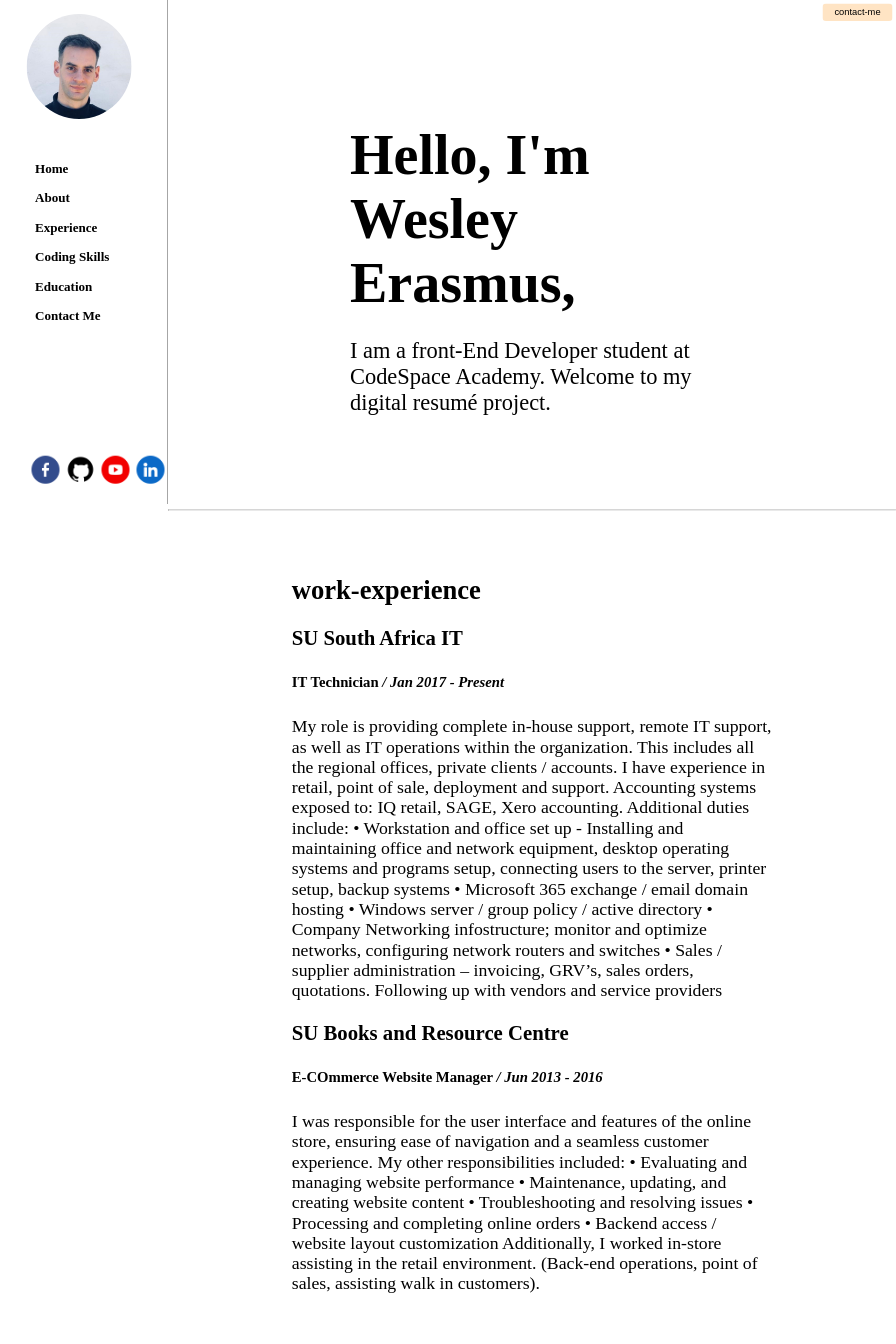
Repository: WesleyErasmus/MyDigitalResume-5
Page: index.html
These files come from the project's save history. The page is drawn as it stood at one moment and after the next save; the edit follows.
The browser window is 1280 px wide. The pictures show the part of the page from y = 0 to 1920 px (the page is 2720 px tall), at 70% of full size.

Above is the page before, as saved 2022-02-25 21:40:42.

### index.html
<!DOCTYPE html>
<html lang="en">

<head>
    <meta charset="UTF-8">
    <meta http-equiv="X-UA-Compatible" content="IE=edge">
    <meta name="viewport" content="width=device-width, initial-scale=1.0">
    <title>Wesley Erasmus Digital Resume 5</title>
    <link rel="stylesheet" href="stylesheet.css">
</head>

<body>
    <!-- look into using use hr tag -->
    <header>
        <span>
            <button id="contact-me-btn">contact-me</button>
        </span>
    </header>
    <nav>
        <div class="header-nav" >
        <img id="headshot" src="images/headshot.jpeg" alt="headshot">
        <!-- <h1 id="full-name">Wesley Erasmus</h1> -->
        <ul class="nav-btns">
            <li><a href=""><strong>Home</strong></a></li>
            <li><a href=""><strong>About</strong></a></li>
            <li><a href=""><strong>Experience</strong></a></li>
            <li><a href=""><strong>Coding Skills</strong></a></li>
            <li><a href=""><strong>Education</strong></a></li>
            <li><a href=""><strong>Contact Me</strong></a></li>
        </ul>
        <!-- <div>move social media links down</div> -->
        <ul class="social-media-links">
            <li><a href="https://www.facebook.com/codespaceza" target="_blank"><img src="/icons/facebook.png"
                        alt="Facebook" width="40px" height="40px"></a></li>
            <li><a href="https://www.instagram.com/codespaceza/" target="_blank"><img src="icons/github (1).png"
                        alt="Instagram" width="40px" height="40px"></a></li>
            <li><a href="https://www.youtube.com/channel/UCfmXJliguiwBv2QlRzWdrxA" target="_blank"><img
                        src="icons/youtube.png" alt="YouTube" width="40px" height="40px"></a></li>
            <li><a href="https://www.linkedin.com/school/codespaceza/" target="_blank"><img src="icons/linkedin.png"
                        alt="LinkedIn" width="40px" height="40px"></a></li>
        </ul>
    </div>
    </nav>
    <main>
        <article class="about-me">
            <h1 id="hello">Hello, I'm Wesley Erasmus,</h1>
                    <p>I am a front-End Developer student at CodeSpace Academy. Welcome to my digital resumé project.</p>
        </article>
        <hr>
        <article class="job-experience">
            <h1>work-experience</h1>
            <h3>SU South Africa IT</h3>
            <h5>IT Technician <em>/ Jan 2017 - Present</em></h5>
            <p>My role is providing complete in-house support, remote IT support, as well as IT operations within the
                organization. This includes all the regional offices, private clients / accounts. I have experience in
                retail, point of sale, deployment and support. Accounting systems exposed to: IQ retail, SAGE, Xero
                accounting. Additional duties include:
                • Workstation and office set up - Installing and maintaining office and network equipment, desktop
                operating systems and programs setup, connecting users to the server, printer setup, backup systems
                • Microsoft 365 exchange / email domain hosting
                • Windows server / group policy / active directory
                • Company Networking infostructure; monitor and optimize networks, configuring network routers and
                switches
                • Sales / supplier administration – invoicing, GRV’s, sales orders, quotations. Following up with
                vendors and service providers</p>
            <h3>SU Books and Resource Centre</h3>
            <h5>E-COmmerce Website Manager <em>/ Jun 2013 - 2016</em></h5>
            <p>I was responsible for the user interface and features of the online store, ensuring ease of navigation and a seamless customer experience. My other responsibilities included:
                • Evaluating and managing website performance
                • Maintenance, updating, and creating website content
                • Troubleshooting and resolving issues
                • Processing and completing online orders
                • Backend access / website layout customization
                Additionally, I worked in-store assisting in the retail environment. (Back-end operations, point of sales, assisting walk in customers).</p>
        </article>
        <article class="coding-and-design-skills">
            <h1>my-coding-and-design-skills</h1>
            <ul>
                <li>HTML</li>
                <li>CSS</li>
                <li>Bootstrap</li>
                <li>Typography</li>
                <li>GitHub / Git / Version Control</li>
                <li>Wireframing</li>
                <li>UX design & UI design</li>
                <li>Figma / Adobe XD</li>
            </ul>
        </article>
        <hr>
        <article class="education">
            <h1>education</h1>
            <ul>
                <li><h3>CodeSpace Academy</h3><p>web-design</p></li>
                <li><h3>UNISA</h3><p>marketing-management</p></li>
            </ul>
        </article>
        <article>
            about me - use linkedin profile
        </article>
    </main>
    <footer>
        <h3>my-contact-details</h3>
        <div class="footer-contact-details">email</div>
        <div class="footer-contact-details">whatsApp</div>
        <div class="footer-contact-details">linkedIn</div>

    </footer>

</body>

</html>

### stylesheet.css
* {
  box-sizing: border-box;
  list-style-type: none;
}
body {
  margin: 0 0 0 240px;
  padding: 0;
}
header {
  text-align: center;
}
#headshot {
  width: 150px;
  border-radius: 50%;
  display: block;
  margin: 0 auto;
  margin-top: 20px;
  margin-bottom: 50px;
  padding: 0;
  margin-left: 38px;
}
button#contact-me-btn {
  position: fixed;
  float: right;
  right: 0;
  z-index: 1;
  background-color: bisque;
  width: 100px;
  height: 25px;
  margin: 5px 5px 20px;
  border-radius: 5px;
  border: none;
}
nav {
  float: left;
  position: fixed;
  left: 0;
  overflow-y: auto;
  overflow-x: hidden;
  height: 100vh;
  min-height: 100vh;
  top: 0;
  width: 240px;
  z-index: 1;
  padding-left: 0;
  border-right: 0.01px solid gray;
}
ul.nav-btns{
font-size: 14pt;
}
ul.social-media-links {
    /* background-color: pink; */
    display: flex;
    position: absolute;
    bottom: 0;
    margin: 0 auto;
    padding-bottom: 20px;
}
.social-media-links li {
    /* display: block;
    margin: 0 auto; */
    margin: 5px;
}
.nav-btns li {
    color: #000;
    padding: 10px;
}
a:link {
  text-decoration: none;
}
a:visited {
  text-decoration: none;
  color: #000;
}
a:hover {
  text-decoration: underline;
}
a:active {
  text-decoration: underline;
}
main {
  /* background-color: blueviolet; */
  position: relative;
  display: block;
  width: 100%;
}
#hello {
  font-size: 5rem;
  margin: 0;
}
article.about-me {
  /* background-color: aquamarine; */
  height: 100vh;
  font-size: 2rem;
  padding: 17% 25%;
}
article.job-experience {
  /* background-color:brown; */
  font-size: 19pt;
  padding: 50px 17% 50px 17%;
}
article.coding-and-design-skills {
  background-color: green;
  font-size: 19pt;
  padding: 50px 17% 50px 17%;
}
article.education {
  background-color: red;
  overflow-x: hidden;
}
.footer-contact-details {
  display: inline;
}

After the next save:
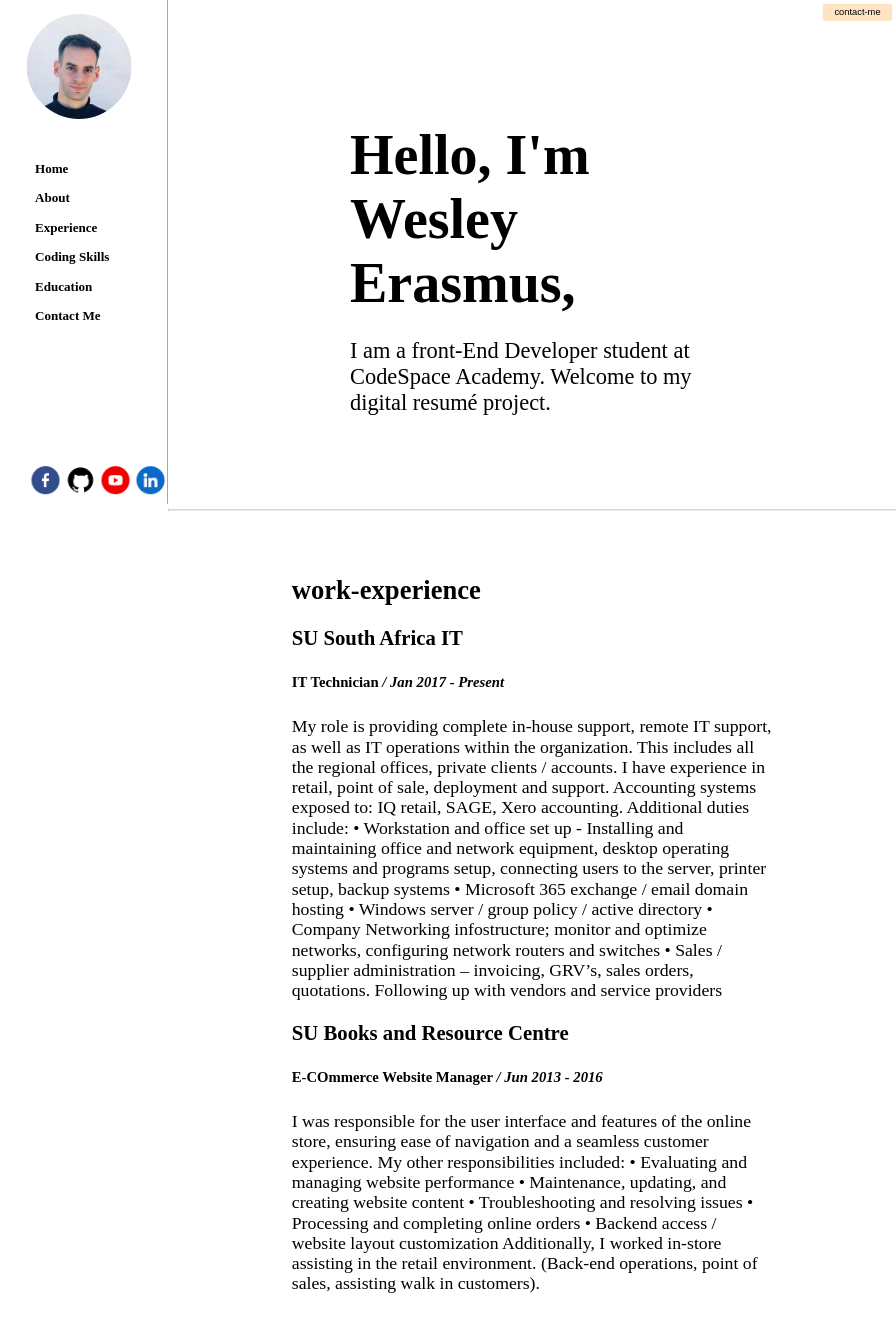
Saved 9 s later.
--- a/stylesheet.css
+++ b/stylesheet.css
@@ -54,7 +54,7 @@ ul.social-media-links {
     position: absolute;
     bottom: 0;
     margin: 0 auto;
-    padding-bottom: 20px;
+    padding-bottom: 5px;
 }
 .social-media-links li {
     /* display: block;
